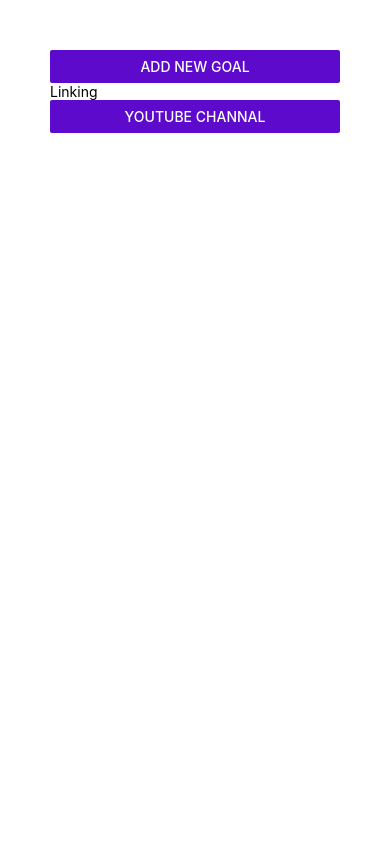
Repository: ntu34543/React-Native-Example1
Screen: /
The author's editor kept a copy of each file at every save. The screen is drawn from the files as they stood at one save, then again after a run of saves.
The app was drawn by React Native's web renderer in a window 390 px wide. The project was rebuilt for these pictures with package versions that can differ from the ones it lists, and the page was loaded fresh each time. Also part of the build but not shown: components/Goalltem.js.

Above is the screen before, as saved 2022-09-12 12:02:41.

After the next 6 saves:
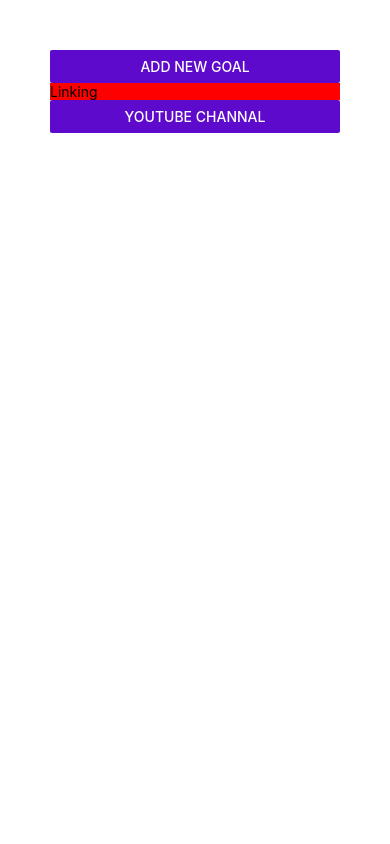
The 6 saves are shown as one change because they came seconds apart.
The last was saved 14 s later.
--- a/App.js
+++ b/App.js
@@ -84,6 +84,7 @@
     // flex: 4,
   },
   textLinking: {
-
+    flex: 1,
+    backgroundColor: 'red'
   }
 });

After the 6 saves that followed:
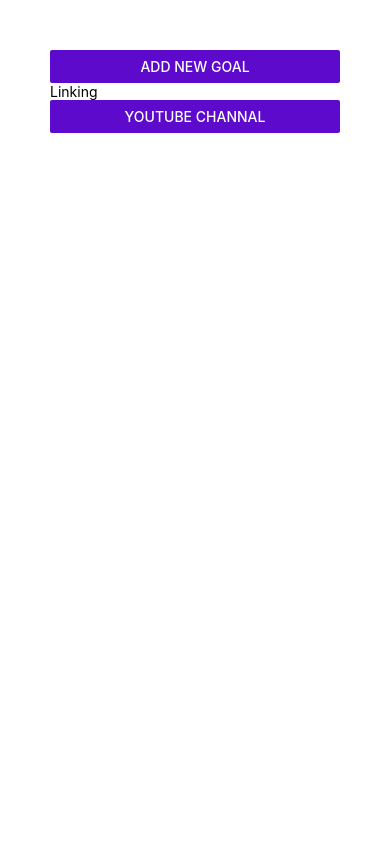
The 6 saves are shown as one change because 2 left the picture as it was and some came seconds apart.
The last was saved 28 s later.
--- a/App.js
+++ b/App.js
@@ -84,7 +84,6 @@
     // flex: 4,
   },
   textLinking: {
-    flex: 1,
-    backgroundColor: 'red'
+    alignContent: 'center',
   }
 });
